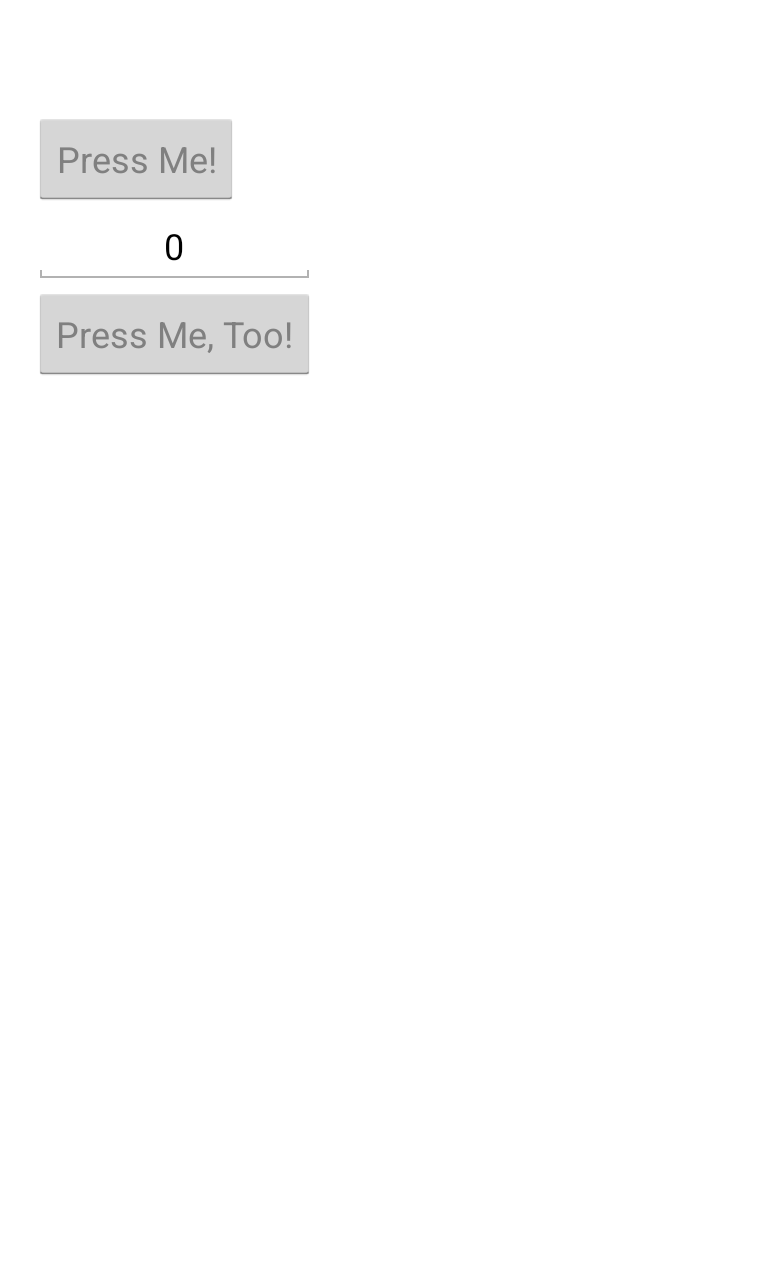
Repository: radupoenaru1992/Model
Layout: PracticalTest01/res/layout/activity_practical_test01_main.xml
These files come from the project's save history. The layout is drawn as it stood at one moment and after the next save; the edit follows.
It is drawn on a 768 x 1280 px phone screen (xhdpi) without system bars, with theme AppTheme; the app's code is not run.

Above is the layout before, as saved 2015-03-29 17:17:02.

### PracticalTest01/res/layout/activity_practical_test01_main.xml
<LinearLayout xmlns:android="http://schemas.android.com/apk/res/android"
    xmlns:tools="http://schemas.android.com/tools"
    android:layout_width="match_parent"
    android:layout_height="match_parent"
    android:paddingBottom="@dimen/activity_vertical_margin"
    android:paddingLeft="@dimen/activity_horizontal_margin"
    android:paddingRight="@dimen/activity_horizontal_margin"
    android:paddingTop="@dimen/activity_vertical_margin"
    tools:context=".PracticalTest01MainActivity"
    android:orientation="vertical">

    <LinearLayout
        android:layout_width="wrap_content"
    	android:layout_height="wrap_content"
    	android:id="@+id/llaySt"
    	android:orientation="vertical"

        >

        <EditText
           android:layout_width="0dp"
           android:layout_height="wrap_content"
           android:id="@+id/etSt"
           android:text="0"
           android:gravity="center"
           />

        <Button
            android:layout_width="wrap_content"
            android:layout_height="wrap_content"
            android:id="@+id/bSt"
            android:hint="Press Me!"
            android:layout_gravity="center"/>

    </LinearLayout>

    <LinearLayout
        android:layout_width="wrap_content"
    	android:layout_height="wrap_content"
    	android:layout_weight="1"
    	android:id="@+id/llayDr"
    	android:orientation="vertical"

        >

        <EditText
           android:layout_width="match_parent"
           android:layout_height="wrap_content"
           android:id="@+id/etDr"
           android:text="0"
           android:gravity="center"
           />

        <Button
            android:layout_width="wrap_content"
            android:layout_height="wrap_content"
            android:id="@+id/bDr"
            android:hint="Press Me, Too!"
            android:layout_gravity="center"/>

    </LinearLayout>

</LinearLayout>

Loaded but not shown: PracticalTest01/res/values/styles.xml (common file); PracticalTest01/res/values-v11/styles.xml (common file); PracticalTest01/res/values-v14/styles.xml (common file); PracticalTest01/res/values/dimens.xml (common file)

After the next save:
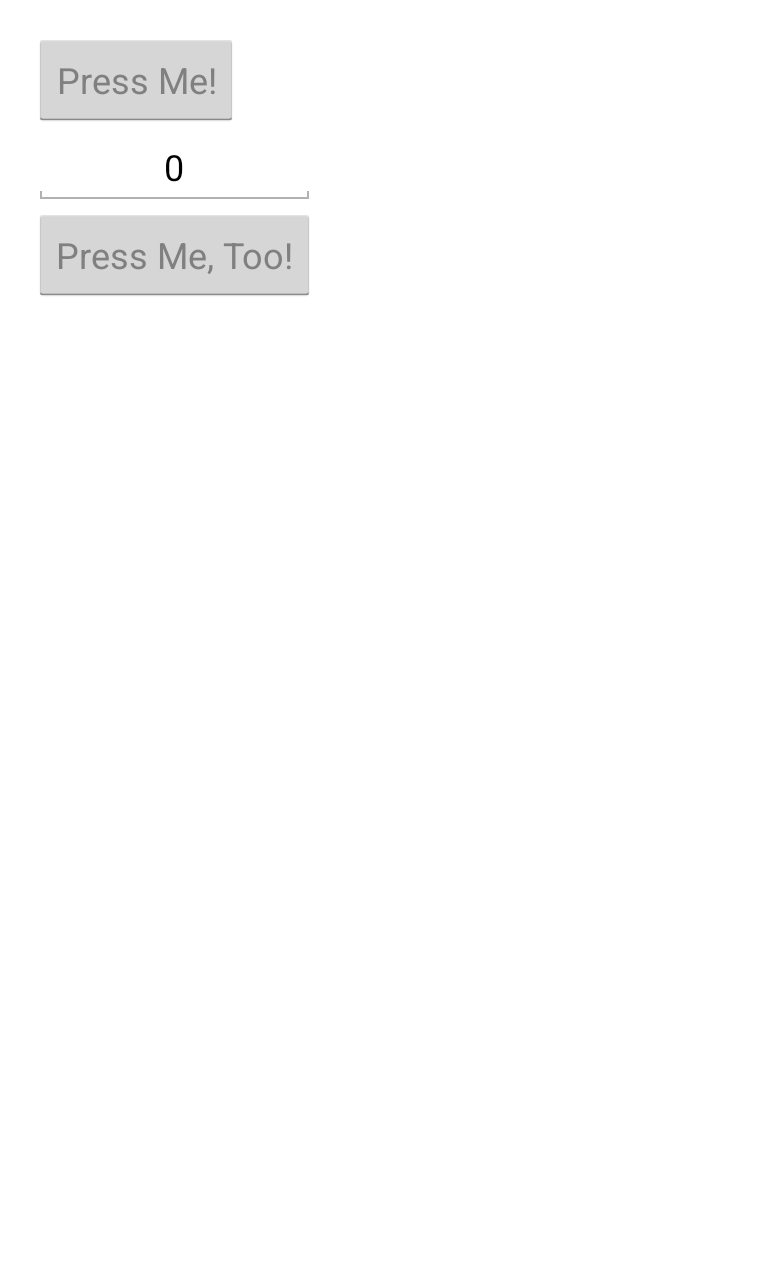
Saved 8 s later.
--- a/PracticalTest01/res/layout/activity_practical_test01_main.xml
+++ b/PracticalTest01/res/layout/activity_practical_test01_main.xml
@@ -13,8 +13,6 @@
         android:layout_width="wrap_content"
     	android:layout_height="wrap_content"
     	android:id="@+id/llaySt"
-    	android:orientation="vertical"
-
         >
 
         <EditText
